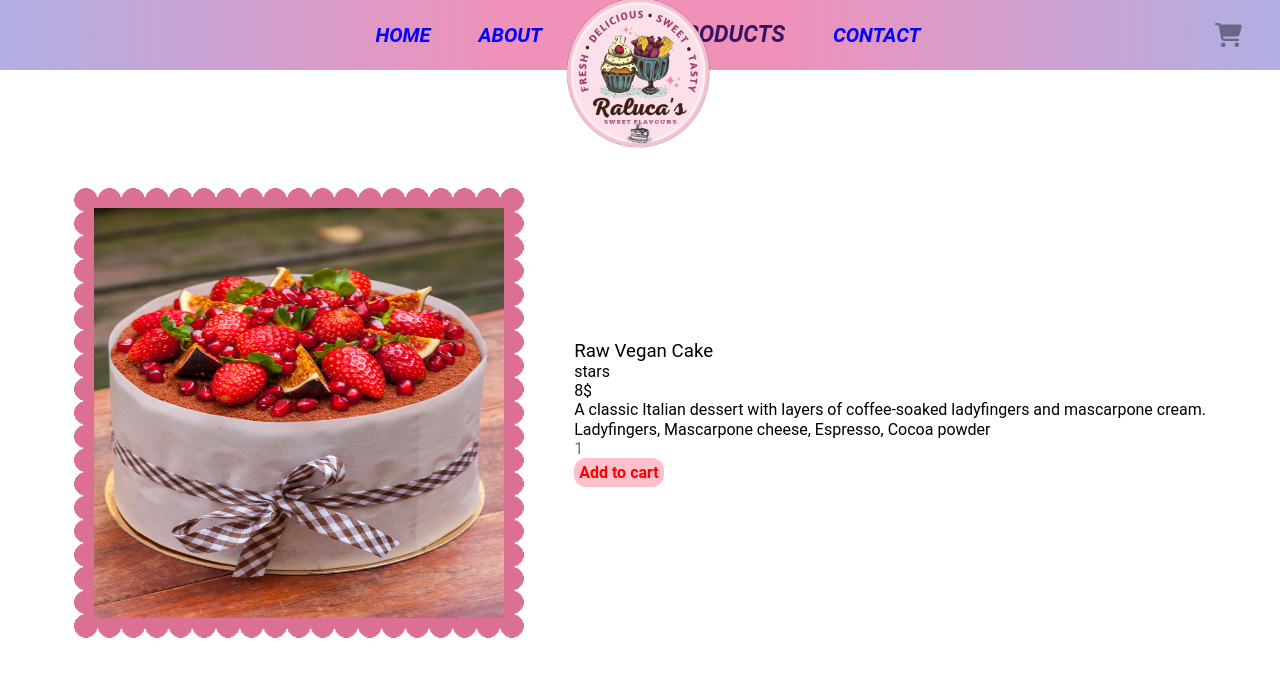
Repository: RalucaZota/cakeshop
Page: /products
The author's editor kept a copy of each file at every save. The page is drawn from the files as they stood at one save, then again after the next save.
The browser window is 1280 px wide. The pictures show the whole page.
The project was rebuilt for these pictures with package versions that can differ from the ones it lists, and the page was loaded fresh each time. Requests to the local data server were answered from the project's data file. Also part of the build but not shown: vite.config.js, src/components/FavoriteProduct.vue, src/data.js, src/components/ProductItem.vue, src/components/Testimonials.vue, src/views/Home.vue, src/components/StaffComponent.vue, src/components/CommentBox.vue and 3 more.

Above is the page before, as saved 2023-07-01 11:30:14.

### index.html
<!DOCTYPE html>
<html lang="en">
  <head>
    <meta charset="UTF-8">
    <link rel="icon" href="/favicon.ico">
    <meta name="viewport" content="width=device-width, initial-scale=1.0">
    <title>Vite App</title>
  </head>
  <body>
    <div id="app"></div>
    <script type="module" src="/src/main.js"></script>

  </body>
</html>

### src/main.js
import './assets/main.css'
import{ createApp } from "vue";
import App from './App.vue'
import router from './router'

import { library } from '@fortawesome/fontawesome-svg-core'
import { FontAwesomeIcon } from '@fortawesome/vue-fontawesome'
import { faBars } from '@fortawesome/free-solid-svg-icons'
import { faXmark } from '@fortawesome/free-solid-svg-icons'
import { faCartShopping } from '@fortawesome/free-solid-svg-icons'

import 'vuetify/styles'
import { createVuetify } from 'vuetify'
import * as components from 'vuetify/components'
import * as directives from 'vuetify/directives'

const vuetify = createVuetify({
    components,
    directives,
  })
library.add(faBars, faXmark, faCartShopping)

createApp(App)
.component('font-awesome-icon', FontAwesomeIcon).use(router, vuetify)
.mount('#app')

### src/assets/main.css
@import './base.css';

#app {
  margin: 0 auto;

  font-weight: normal;
}

html{
  line-height: 1.2 !important;
}

### src/App.vue
<script setup>
import Navbar from "./components/Navbar.vue"


</script>

<template>
<navbar/>


</template>

<style scoped>

</style>

### src/router/index.js
import { createRouter, createWebHistory } from 'vue-router'

const router = createRouter({
  history: createWebHistory(import.meta.env.BASE_URL),
  routes: [
    {
      path: '/',
      name: 'home',
      component: () => import('../views/Home.vue')
    },
    { path: '/about', name: 'about', component: () => import('../views/About.vue') },
    { path: '/products', name: 'products', component: () => import('../views/Products.vue') },
    { path: '/contact', name: 'contact', component: () => import('../views/Contact.vue') }
    // route level code-splitting
    // this generates a separate chunk (About.[hash].js) for this route
    // which is lazy-loaded when the route is visited.
  ]
})

export default router

### src/assets/base.css
/* color palette from <https://github.com/vuejs/theme> */
:root {
  --vt-c-white: #ffffff;
  --vt-c-white-soft: #f8f8f8;
  --vt-c-white-mute: #f2f2f2;

  --vt-c-black: #181818;
  --vt-c-black-soft: #222222;
  --vt-c-black-mute: #282828;

  --vt-c-indigo: #2c3e50;

  --vt-c-divider-light-1: rgba(60, 60, 60, 0.29);
  --vt-c-divider-light-2: rgba(60, 60, 60, 0.12);
  --vt-c-divider-dark-1: rgba(84, 84, 84, 0.65);
  --vt-c-divider-dark-2: rgba(84, 84, 84, 0.48);

  --vt-c-text-light-1: var(--vt-c-indigo);
  --vt-c-text-light-2: rgba(60, 60, 60, 0.66);
  --vt-c-text-dark-1: var(--vt-c-white);
  --vt-c-text-dark-2: rgba(235, 235, 235, 0.64);
}

/* semantic color variables for this project */
:root {
  --color-background: var(--vt-c-white);
  --color-background-soft: var(--vt-c-white-soft);
  --color-background-mute: var(--vt-c-white-mute);

  --color-border: var(--vt-c-divider-light-2);
  --color-border-hover: var(--vt-c-divider-light-1);

  --color-heading: var(--vt-c-text-light-1);
  --color-text: var(--vt-c-text-light-1);

  --section-gap: 160px;
}

@media (prefers-color-scheme: dark) {
  :root {
    --color-background: var(--vt-c-black);
    --color-background-soft: var(--vt-c-black-soft);
    --color-background-mute: var(--vt-c-black-mute);

    --color-border: var(--vt-c-divider-dark-2);
    --color-border-hover: var(--vt-c-divider-dark-1);

    --color-heading: var(--vt-c-text-dark-1);
    --color-text: var(--vt-c-text-dark-2);
  }
}

*,
*::before,
*::after {
  box-sizing: border-box;
  margin: 0;
  font-weight: normal;
}

### src/components/Navbar.vue
<template>
  <header :class="{ 'scrolled-nav': scrolledNav }">
    <nav >
      <div class="cart">
          <font-awesome-icon icon="fa-solid fa-cart-shopping" fade size="xl" />
        </div>
      <ul class="navigation" v-show="!mobile">
        <li>
          <RouterLink active-class="active" :to="{ name: 'home' }" class=" link"
            >Home</RouterLink
          >
        </li>
        <li>
          <RouterLink active-class="active" :to="{ name: 'about' }" class=" link"
            >About</RouterLink
          >
        </li>
        <div class="branding">
          <img src="../assets/images/logo.png" alt="logo"/>
        </div>
        <li>
          <RouterLink active-class="active" :to="{ name: 'products' }" class=" link"
            >Products</RouterLink
          >
        </li>
        <li>
          <RouterLink active-class="active" :to="{ name: 'contact' }" class=" link"
            >Contact</RouterLink
          >
        </li>
      </ul>
        <div class="icon">
          <font-awesome-icon icon="fa-solid fa-bars" size="lg" @click="openMobileNav" v-show="!mobileNav && mobile"  class="burger" :class="{'icon-active': mobileNav}"/>
          <font-awesome-icon  v-show="mobileNav" icon="fa-solid fa-xmark" beat size="xl" @click="closeMobileNav" class="close-nav" :class="{'icon-active': mobileNav}"/>
        </div>

      <transition name="mobile-nav">

        <ul v-show="mobileNav" class="dropdown-nav">
          <li>
            <div class="branding">
          <img src="../assets/images/logo.png" alt="logo"/>
        </div>
          </li>
          <li>
            <RouterLink active-class="active" :to="{ name: 'home' }" class="link"
              >Home</RouterLink
            >
          </li>
          <li>
            <RouterLink active-class="active" :to="{ name: 'about' }" class=" link"
              >About</RouterLink
            >
          </li>
          <li>
            <RouterLink active-class="active" :to="{ name: 'products' }" class=" link"
              >Products</RouterLink
            >
          </li>
          <li>
            <RouterLink active-class="active" :to="{ name: 'contact' }" class=" link"
              >Contact</RouterLink
            >
          </li>
        </ul>
      </transition>
    </nav>
  </header>

  <RouterView />
</template>
<script>
import { RouterLink, RouterView } from 'vue-router'
import Home from '../views/Home.vue'
import Products from '../views/Products.vue'
import About from '../views/About.vue'
import Contact from '../views/Contact.vue'
export default {
  name: 'navbar',
  components: {
    Home,
    Products,
    About,
    Contact
  },
  data(){
    return {
      scrolledNav: null,
      mobile: null,
      mobileNav: null,
      windowWidth: null,

    }
  },
  created(){
    window.addEventListener('resize', this.checkScreen);
    this.checkScreen()
  },
  mounted(){
    window.addEventListener('scroll', this.updateScroll)
  },
  methods:{
    openMobileNav(){
      this.mobileNav = true


    },
    closeMobileNav(){
      this.mobileNav = false

    },

    updateScroll(){
      const scrollPosition =  window.scrollY;
      if (scrollPosition > 50){
        this.scrolledNav = true;
        return;
      }
      this.scrolledNav = false
    },
    checkScreen(){
      this.windowWidth = window.innerWidth;
      if( this.windowWidth <= 750){
        this.mobile = true;
        return;
      }
      this.mobile = false;
      this.mobileNav = false;
    }
  }
}
</script>
<style lang="scss">
@import '../styles/Navbar.scss';
</style>

### src/views/Products.vue
<template>
    <div>
        <h1>PRODUCTS</h1>
       <single-product/>
    </div>
</template>
<script>

import SingleProduct from '../components/SingleProduct.vue';
export default {
    name: 'products',
    components:{
        SingleProduct


    }
}
</script>

### src/styles/Navbar.scss
header{
    width: 100%;
    position: fixed;
    transition: 0.5s ease all;
    background-color: transparent;
    z-index: 99;
    color: transparent;
    height: 68px;
    nav{
        display: flex;
        align-items: center;
        justify-content: space-evenly;
        flex-direction: row;
        background: rgb(238,174,202);
        background: rgb(240,145,186);
        background: rgb(240,145,186);
        background: radial-gradient(circle, rgba(240,145,186,1) 21%, rgba(176,175,228,1) 100%);
        transition: 0.5s ease all;
        padding: 5px 0;
        width: 100%;
        margin: 0 auto;
        text-decoration: none;
        position: relative;


        @media (min-width: 1140px) {
            max-width: 1300px;
        }
        @media (max-width: 749px) {
            width: 100%;
            padding: 20px;
        }
        ul,
        .link {
            color: blue;
            list-style: none;
            text-decoration: none;
        }
        li {
            text-transform: uppercase;
            padding: 16px;
            margin-left: 16px;
        }

        .link {
            font-weight: 700;
            font-style:italic;
            font-size: 20px;
            transition: 0.5s ease all;
            padding-bottom: 4px;
            border-bottom:  2px solid transparent;
            &:hover {
                color: #125159;
                border-color: purple;
            }
        }
        .branding {
            display: flex;
            align-items: center;
            margin-left: 80px;
            @media (max-width: 749px) {
                margin-left: 0px;
            }
            li.img{
                @media (max-width: 749px) {
                    padding-bottom: 0px;
            }
        }
            img {
                width: 150px;
                position: absolute;
                height: 155px;
                left: 44%;
                top: -10%;
                transition: .5s ease all;
                @media (max-width: 749px) {
                    position: relative;
                    width: 80px;
                    height: 80px;
                    left: 11%;
                }
            }
        }

        .active{
        font-weight: bold;
        font-size: 23px !important;
        color: #371563;
        font-weight: 700 !important;
        text-decoration: none;
        font-size: larger;

        }
        .cart{
        position: absolute;
        right: 3%;
        color: black;
        font-weight: 700;
    }
        .navigation {
            display: flex;
            align-items: center;
            flex: 1;
            justify-content: center;
    }
        .icon{
            display: flex;
            align-items: center;
            position: absolute;
            top: 0;
            left: 24px;
            height: 100%;
            color: black;
            transform: rotateZ(180deg);
            .burger{
            cursor: pointer;
            font-size: 24px;
            transition: .8s ease all;

        }
            .close-nav{
                color: black;
                font-weight: 600;
            }
    }
        .icon-active{

            color: red;
            display: inline-block;




    }
        .dropdown-nav{
            display: flex;
            flex-direction: column;
            align-items: center;
            position: fixed;
            width: 100%;
            max-width: 215px;
            height: 100%;
            background: radial-gradient(circle, rgba(240,145,186,1) 21%, rgba(176,175,228,1) 100%);
            top: 4.8%;
            left: 0;
            padding-left: 0px;
            line-height: 5px;
            padding-top: 10px;

            li{
                margin-left: 0;
                .link{
                    color: black;
                    font-weight: 600;
            }
        }

    }
        .mobile-nav-enter-active, .mobile-nav-leave-active {
            transition:  1s ease all;
        }
        .mobile-nav-enter-from, .mobile-nav-leave-to {
            transform: translateX((-250px));
        }
        .mobile-nav-enter-to {
            transform: translateX((0));
        }

}
}
.scrolled-nav{
    // box-shadow: 0 4px 6px -1px rgba(0, 0, 0, 0.1), 0 2px 4px -1px rgba(0, 0, 0, 0.06);
        nav{
            padding: 8px 0;
            .branding{
            // img{
            //     width: 40px;
            //     box-shadow: 0 4px 6px -1px rgba(0, 0, 0, 0.1), 0 2px 4px -1px rgba(0, 0, 0, 0.06);

            // }
        }
    }
}

### src/components/AddtoCartButton.vue
<template>
    <div>
        <a href="#" class="cart-button">
      <span></span>
      <span></span>
      <span></span>
      <span></span>
      Add to cart
    </a>
    </div>
</template>
<script>
export default {
    name: 'AddtoCartButton'
}
</script>
<style >
.cart-button {
    /* border: 2px solid hsl(317 100% 54%); */
    background-color: pink;
    border-radius: 12px;
    font-weight: 600;
    font-size: 16px;
    padding: 5px;
    position: relative;
    display: inline-block;
    color: red;
    text-decoration: none;
    overflow: hidden;
    transition: 0.2s;
}



.cart-button:hover {
    color: #255784;
    background:pink;
    box-shadow: 0 0 10px #2196f3, 0 0 40px #2196f3, 0 0 80px #2196f3;
    transition-delay: 1s;
}


.cart-button span {
    position: absolute;
    display: block;
}




.cart-button span:nth-child(1) {
    top: 0;
    left: -100%;
    width: 100%;
    height: 2px;
    background: linear-gradient(90deg, transparent, #2196f3);
}



.cart-button:hover span:nth-child(1) {
    left: 100%;
    transition: 1s;
}


.cart-button span:nth-child(3) {
    bottom: 0;
    right: -100%;
    width: 100%;
    height: 2px;
    background: linear-gradient(270deg, transparent, #2196f3);
}

.cart-button:hover span:nth-child(3) {
    right: 100%;
    transition: 1s;
    transition-delay: 0.5s;
}



.cart-button span:nth-child(2) {
    top: -100%;
    right: 0;
    width: 2px;
    height: 100%;
    background: linear-gradient(180deg, transparent, #2196f3);
}

.cart-button:hover span:nth-child(2) {
    top: 100%;
    transition: 1s;
    transition-delay: 0.25s;
}



.cart-button span:nth-child(4) {
    bottom: -100%;
    left: 0;
    width: 2px;
    height: 100%;
    background: linear-gradient(360deg, transparent, #2196f3);
}

.cart-button:hover span:nth-child(4) {
    bottom: 100%;
    transition: 1s;
    transition-delay: 0.75s;
}
</style>

### src/components/SingleProduct.vue
<template>
    <article class="product-article" v-for="{id, image, name, price, quantity, description, ingredients} in  singleProduct" :key="id">
        <div class="product-wrapper-div-img">
            <img :src="image" class="single-product-img" />
        </div>
        <div class="product-wrapper-div-details">
            <h3>{{ name }}</h3>
            <div>stars</div>
            <p>{{ price }}</p>
            <p> {{ description }}</p>
            <p> {{ ingredients}}</p>

            <div>
                <input :placeholder="quantity"/>
                <addto-cart-button/>
            </div>
        </div>
    </article>
</template>
<script>

import AddtoCartButton from './AddtoCartButton.vue'
import axios from 'axios'

export default {
    name: 'single-product',
    components:{
        AddtoCartButton

    },
    data(){
    return {
      singleProduct: {},

    }
  },
   async created() {

    try {
    const response = await axios.get('http://localhost:3000/desserts', {
        params: {
            _limit: 1,
        },
    })
    this.response = JSON.stringify(response.data)
    this.singleProduct = response.data
        console.log(response.data)


    } catch (error) {
      console.error(error.message)
    }


  }}

 </script>
 <style>
 @import '../styles/SingleProduct.scss';
 </style>

### src/styles/SingleProduct.scss
.product-article{
    margin-top: 150px;
    display: flex;
    align-items: center;
    justify-content: center;
    gap: 50px;
    flex-direction: row;
    .product-wrapper-div-img{
        .single-product-img{
            width: 450px;
            height: 450px;
            border-radius: 10px;
            border:  20px solid palevioletred;

            --mask:
            linear-gradient(#000 0 0) 50%/calc(100% - 22.20px) calc(100% - 22.20px) no-repeat,
            radial-gradient(farthest-side,#000 98%,#0000) 0 0/24px 24px round;
          -webkit-mask: var(--mask);
                  mask: var(--mask);

        }
    }
}

Loaded but not shown: db.json (255 lines, source omitted)

After the next save:
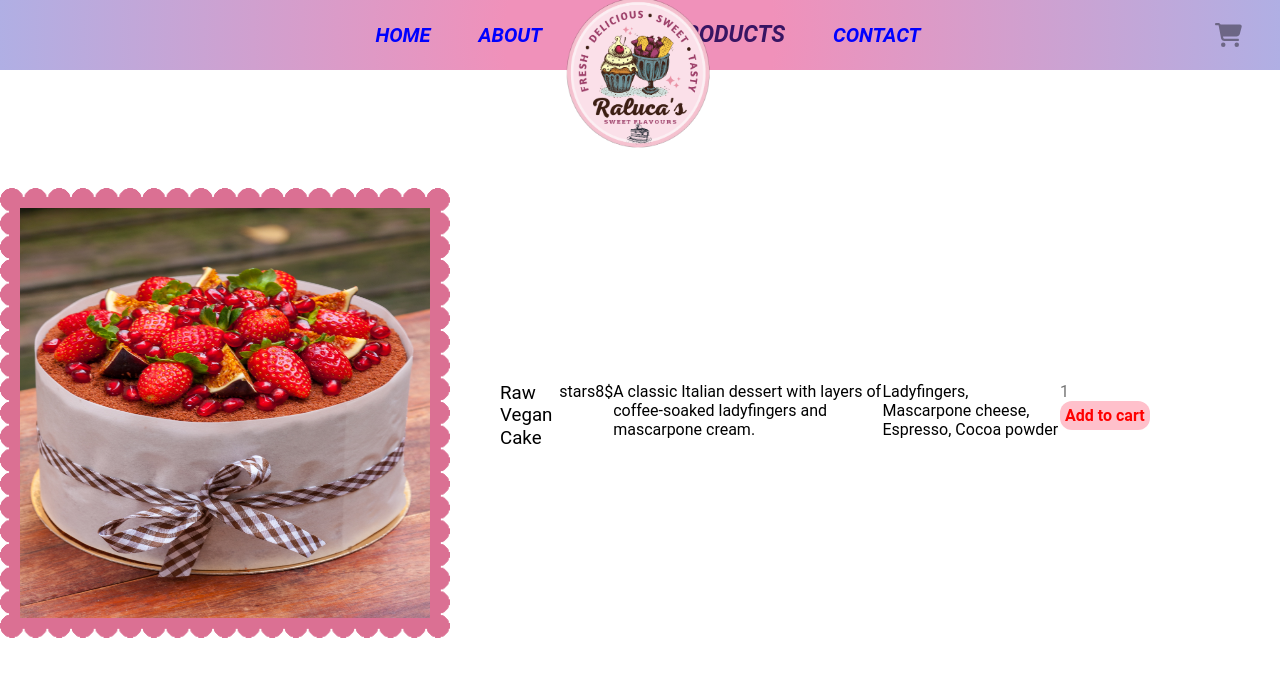
Saved 6 min 52 s later.
--- a/src/styles/SingleProduct.scss
+++ b/src/styles/SingleProduct.scss
@@ -20,4 +20,7 @@
 
         }
     }
+    .product-wrapper-div-details{
+        display: flex;
+    }
 }

After the save that followed:
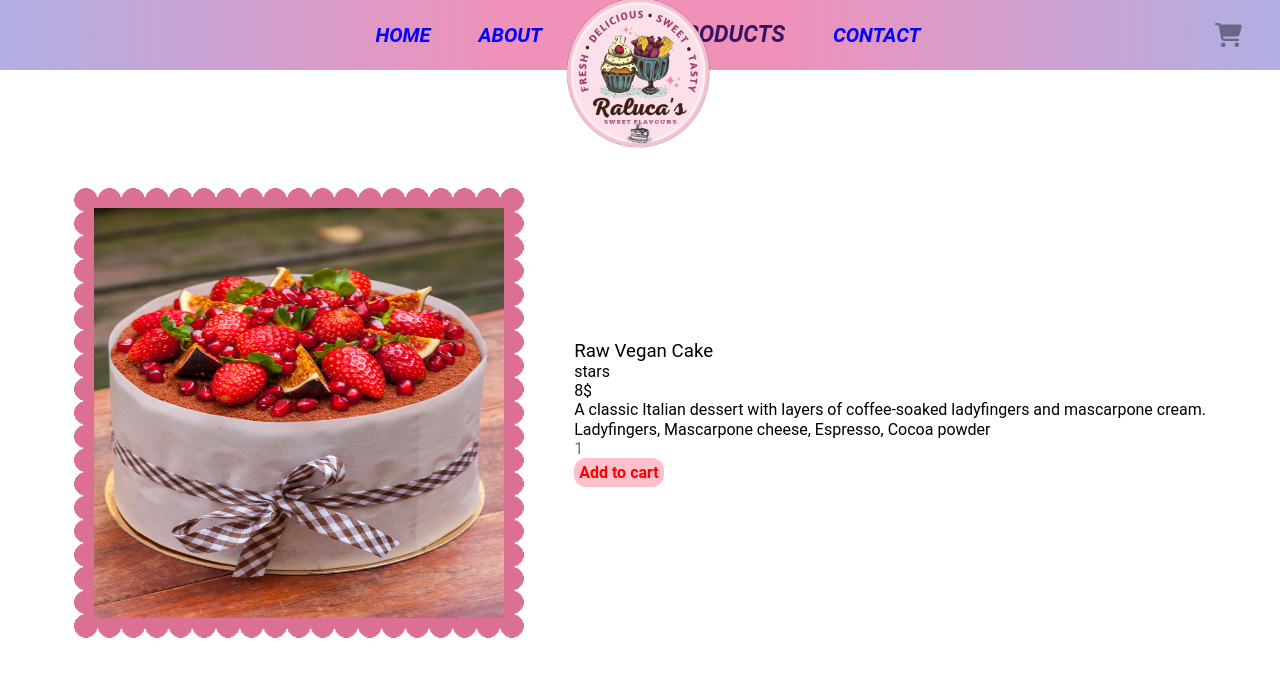
Saved 2 min 12 s later.
--- a/src/styles/SingleProduct.scss
+++ b/src/styles/SingleProduct.scss
@@ -21,6 +21,6 @@
         }
     }
     .product-wrapper-div-details{
-        display: flex;
+
     }
 }
